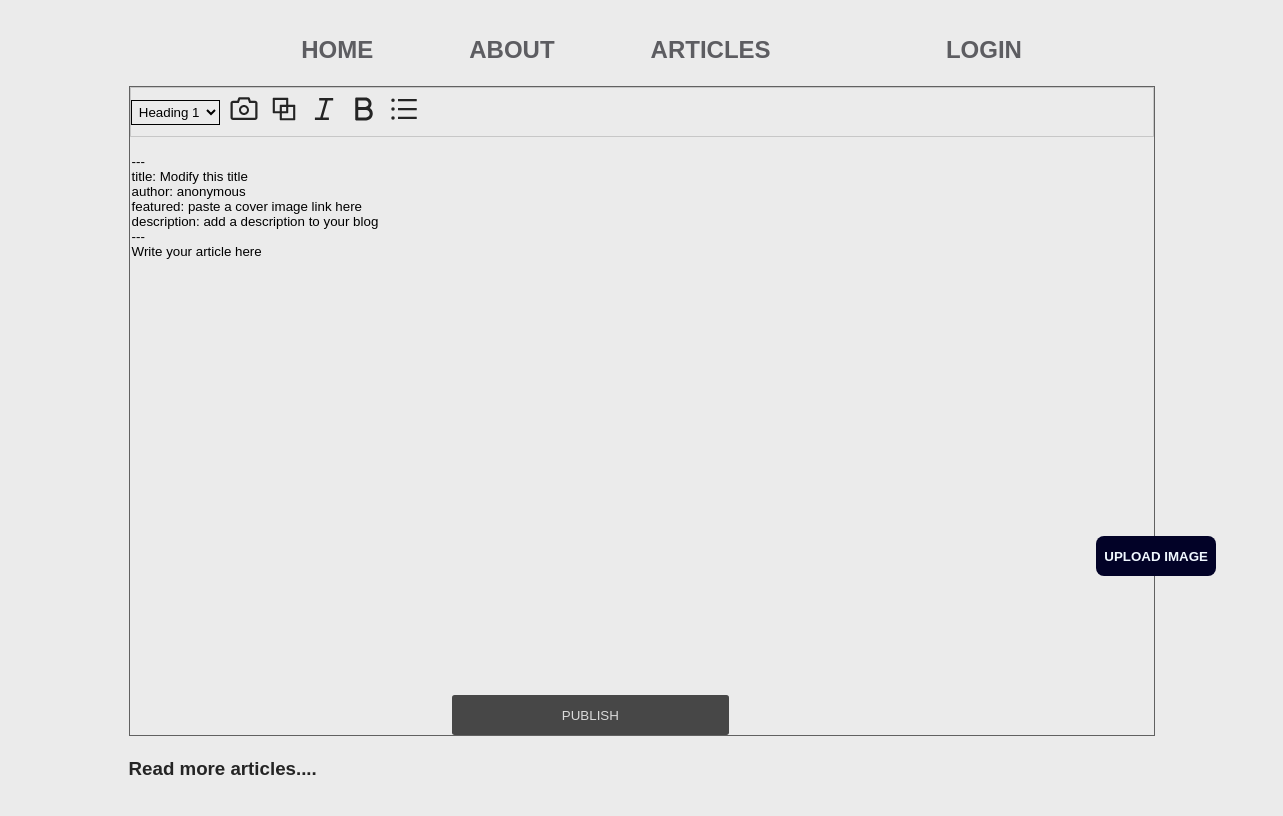
Repository: ValGrace/-static-site
Page: /articles (app in client/)
The author's editor kept a copy of each file at every save. The page is drawn from the files as they stood at one save, then again after the next save.
The browser window is 1280 px wide. The page is 1283 px wide, then 1280 px, so the pictures cover 1283 px, including what lies to the right of the window. The pictures show the whole page.
The page's requests for data from a server got no answer. The project was rebuilt for these pictures with package versions that can differ from the ones it lists, and the page was loaded fresh each time. No one was signed in, and anything a server would have sent is missing. Also part of the build but not shown: client/vite.config.js, client/src/Components/Login.jsx, client/src/Components/Signup.jsx, client/src/Components/MidSection.jsx, client/src/Components/HomeSection.jsx, client/src/Components/TopSection.jsx, client/src/MdFiles/MdFileContext.js, client/src/Pages/HomePage.jsx and 1 more.

Above is the page before, as saved 2023-07-02 13:00:26.

After the next save:
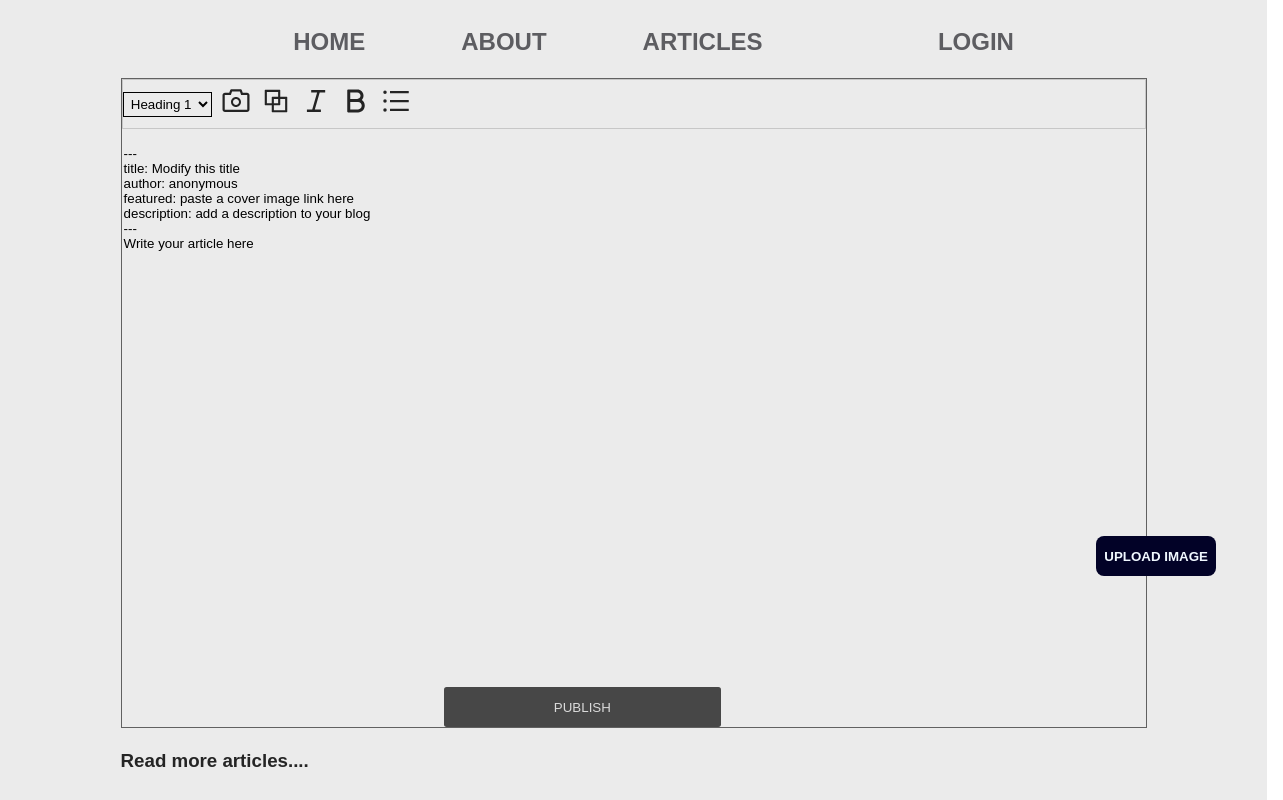
Saved 23 s later.
--- a/client/src/App.css
+++ b/client/src/App.css
@@ -4,7 +4,7 @@
   justify-content: center;
   align-items: center;
   margin: 0;
-  padding: 0.9em;
+  padding: 0.4em;
   width: 98%;
   background-color: rgba(226, 226, 226, 0.699);
 }
